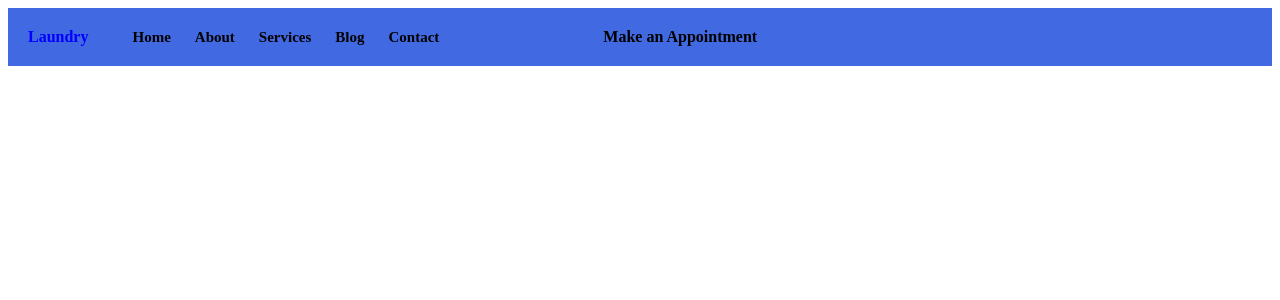
Repository: Tobby004/BDC-Assignment-4
Page: index.html
These files come from the project's save history. The page is drawn as it stood at one moment and after the next save; the edit follows.
The browser window is 1280 px wide. The pictures show the whole page.

Above is the page before, as saved 2023-03-08 04:22:39.

### index.html
<!DOCTYPE html>
<html lang="en">
<head>
    <meta charset="UTF-8">
    <meta http-equiv="X-UA-Compatible" content="IE=edge">
    <meta name="viewport" content="width=device-width, initial-scale=1.0">
    <title>template</title>
    <link rel="stylesheet" href="task.css">
</head>
<body>
    <div class="navbar">
    <ul>
        <b>Laundry</b>
        <li><a href="#">Home</a></li>
        <li><a href="#">About</a></li>
        <li><a href="#">Services</a></li>
        <li><a href="#">Blog</a></li>
        <li><a href="#">Contact</a></li>
       <li><b>Make an Appointment</b></li>
    </ul>
    </div>
</body>
</html>

### task.css
* {
    box-sizing: border-box;
}
body {
    background-color: #ffff;
}
.navbar ul {
 margin: auto;
 background-color: royalblue;
 padding: 20px;
}
.navbar li {
    display: inline-block;
}
.navbar b {
    margin-right: 30px;
    color: blue;
}
.navbar a {
    text-decoration: none;
    padding: 10px;
    color: black;
    font-size: 15px;
    font-weight: bold;
    font-family: 'Times New Roman', Times, serif;
}
.navbar li b {
    color: black;
    display: inline-block;
    margin-left: 150px;
}

After the next save:
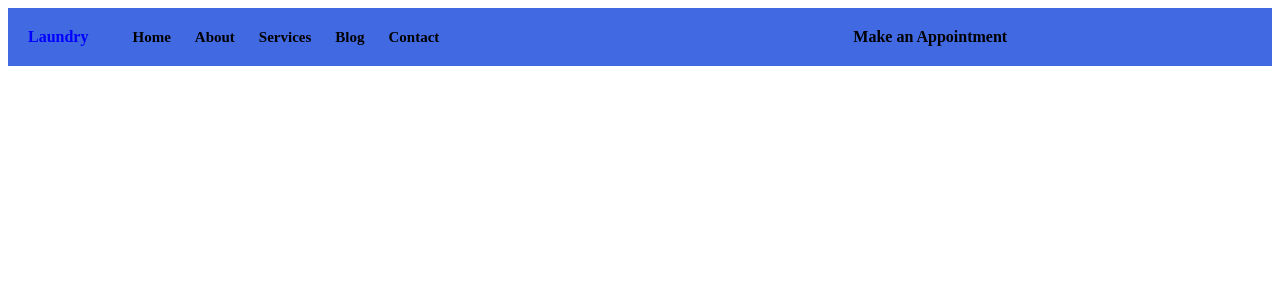
Saved 24 s later.
--- a/task.css
+++ b/task.css
@@ -27,5 +27,5 @@ body {
 .navbar li b {
     color: black;
     display: inline-block;
-    margin-left: 150px;
+    margin-left: 400px;
 }
